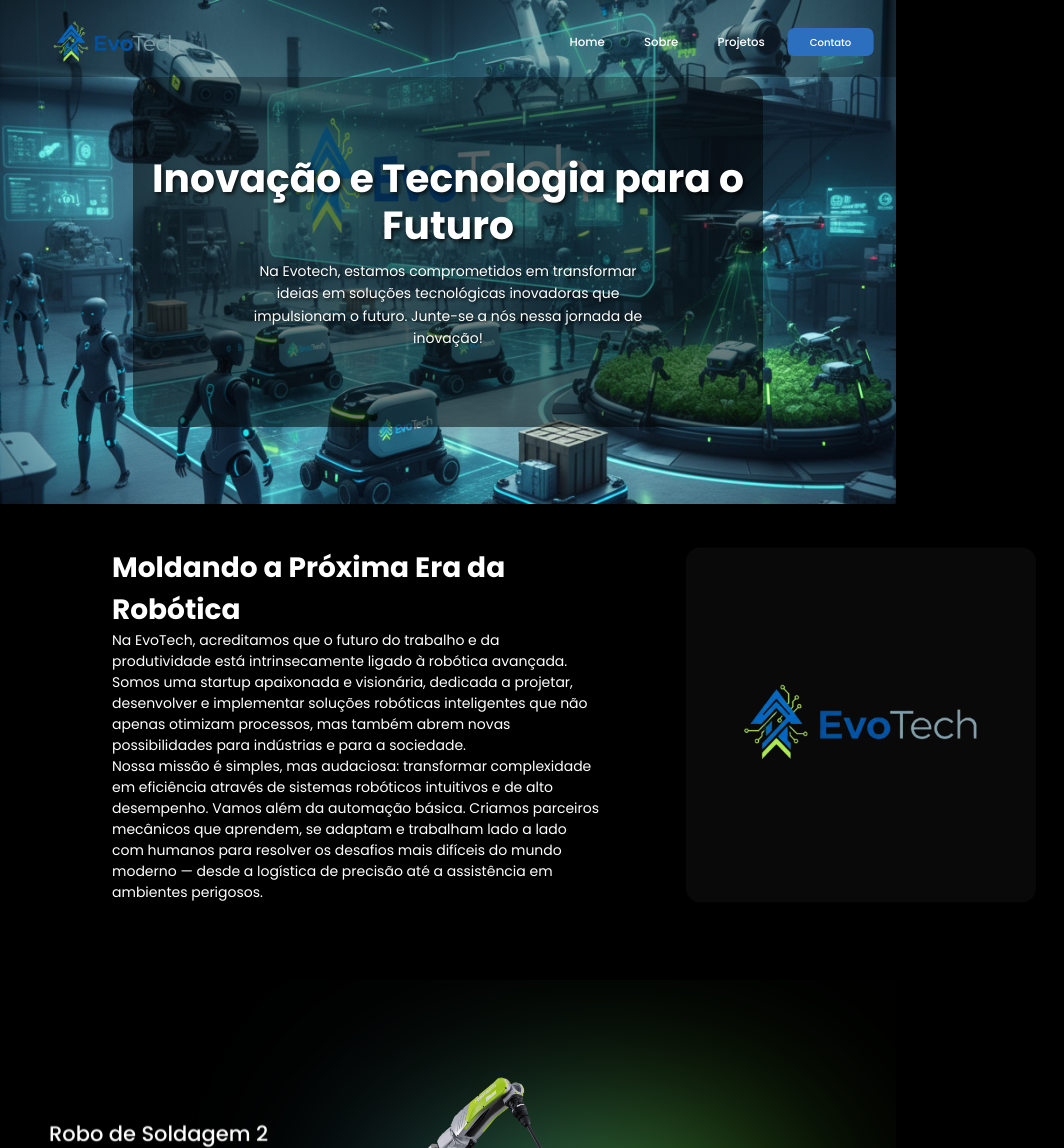
Repository: IsaacDEV10/EvoTech
Page: /
An editor plug-in stored every save of this project. The page is shown before and after the next save, followed by the edit.
The browser window is 1280 px wide. The page is 1480 px wide, then 1520 px, so the pictures cover 1520 px, including what lies to the right of the window. The pictures show the part of the page from y = 0 to 1640 px (the page is 2483 px tall), at 70% of full size.
The project was rebuilt for these pictures with package versions that can differ from the ones it lists, and the page was loaded fresh each time. Also part of the build but not shown: vite.config.js, src/App.css.

Above is the page before, as saved 2025-10-28 09:42:37.

### index.html
<!doctype html>
<html lang="en">
  <head>
    <meta charset="UTF-8" />
    <link rel="icon" type="image/svg+xml" href="/vite.svg" />
    <meta name="viewport" content="width=device-width, initial-scale=1.0" />
    <title>startup</title>
  </head>
  <body>
    <div id="root"></div>
    <script type="module" src="/src/main.jsx"></script>
  </body>
</html>

### src/index.css
@import url('https://fonts.googleapis.com/css2?family=Poppins:ital,wght@0,100;0,200;0,300;0,400;0,500;0,600;0,700;0,800;0,900;1,100;1,200;1,300;1,400;1,500;1,600;1,700;1,800;1,900&display=swap');

* {
  font-family: "poppins", sans-serif;
  margin: 0;
  box-sizing: border-box;
}

body {
  background: black ;

}

### src/App.jsx
import React from 'react';
import './App.css';
import Header from './components/Header/header';
import Hero from './components/Hero/hero';
import About from './components/About/about';
import Missao from './components/Missao/missao';
import Carousel from './components/Carousel/carousel';
import Footer from './components/Footer/footer';




const App = () => {
  return (
    <>
      <Header />
      <Hero />
      <About/>
      <Missao />
      <Carousel />
      <Footer />
    </>
  );
}

export default App;

### src/components/Header/header.jsx
import React from 'react'
import './header.css'
import logo from '../../assets/evotech.png'
import Contact from '../Contact/contact'


const Header = () => {
  return (
    <nav className='nav-wrapper'>
        <div className='nav-content'>
            <img className='logo' src={logo} alt="" />
            <ul>
                <li>
                    <a className='menu-item' href="">Home</a>
                </li>

                <li>
                    <a className='menu-item' href="">Sobre</a>
                </li>

                <li>
                    <a className='menu-item' href="">Projetos</a>
                </li>
                <Contact/>
            </ul>
        </div>
    </nav>
  )
}

export default Header

### src/components/Hero/hero.jsx
import React from "react";
import "./hero.css";
import heroImage from "../../assets/bg-evotech.png";

const Hero = () => {
  return (
    <section className="hero-container" id="home">
        <div className="hero-content">
            <img className="img-bg" src={heroImage} alt="hero" />
        </div>
        <div className="description">
            <h1>
                Inovação e Tecnologia para o Futuro
            </h1>
            <p>
                Na Evotech, estamos comprometidos em transformar ideias em soluções tecnológicas inovadoras que impulsionam o futuro. Junte-se a nós nessa jornada de inovação!
            </p>
        </div>
    </section>
  );
};

export default Hero;

### src/components/About/about.jsx
import React from "react";
import "./about.css";
import Logo from "../../assets/evotech.png"

const About = () => {
    return (
        <section className="about-container" id="home">
            <div className="about-content">
                <div className="about-text-content">
                    <h1>Moldando a Próxima Era da Robótica</h1>
                    <p>Na EvoTech, acreditamos que o futuro do trabalho e da produtividade está intrinsecamente ligado à robótica avançada. Somos uma startup apaixonada e visionária, dedicada a projetar, desenvolver e implementar soluções robóticas inteligentes que não apenas otimizam processos, mas também abrem novas possibilidades para indústrias e para a sociedade. <br /> Nossa missão é simples, mas audaciosa: transformar complexidade em eficiência através de sistemas robóticos intuitivos e de alto desempenho.

Vamos além da automação básica. Criamos parceiros mecânicos que aprendem, se adaptam e trabalham lado a lado com humanos para resolver os desafios mais difíceis do mundo moderno — desde a logística de precisão até a assistência em ambientes perigosos.</p>
                </div>
                <div className="about-image">
                    <img src={Logo} alt="Logo da EvoTech" />
                </div>
            </div>
        </section>
    );
};

export default About;

### src/components/Missao/missao.jsx
import React from "react";
import Carousel from "../Carousel/carousel";



const Missao = () => {
    return (
        <section>
        </section>
    );
};

export default Missao;

### src/components/Carousel/carousel.jsx
import React, { useState, useRef, useEffect } from 'react';
import './carousel.css';
import Robo1 from '../../assets/robo-1.png';
import Robo2 from '../../assets/robo-2.png';
import Robo3 from '../../assets/robo-3.png';
import Robo4 from '../../assets/robo-4.png';
import Robo5 from '../../assets/robo-5.png';
import Robo6 from '../../assets/robo-6.png';

const initialItemsData = [
  {
    id: 1,
    imgSrc: Robo1,
    title: 'Robo de Soldagem 1',
    topic: 'Crobotp',
    des: 'Lorem ipsum dolor sit amet consectetur adipisicing elit. Officia, laborum cumque dignissimos quidem atque et eligendi aperiam voluptates beatae maxime.',
    detailTitle: 'Robo Crobotp',
    detailDes: 'Lorem ipsum dolor sit amet, consectetur adipisicing elit. Dolor, reiciendis suscipit nobis nulla animi, modi explicabo quod corrupti impedit illo, accusantium in eaque nam quia adipisci aut distinctio porro eligendi. Reprehenderit nostrum consequuntur ea! Accusamus architecto dolores modi ducimus facilis quas voluptatibus! Tempora ratione accusantium magnam nulla tenetur autem beatae.',
  },
  {
    id: 2,
    imgSrc: Robo2,
    title: 'Robo de Soldagem 2',
    topic: 'B5 00R',
    des: 'Lorem ipsum dolor sit amet consectetur adipisicing elit. Officia, laborum cumque dignissimos quidem atque et eligendi aperiam voluptates beatae maxime.',
    detailTitle: 'Robo B5 00R',
    detailDes: 'Lorem ipsum dolor sit amet, consectetur adipisicing elit. Dolor, reiciendis suscipit nobis nulla animi, modi explicabo quod corrupti impedit illo, accusantium in eaque nam quia adipisci aut distinctio porro eligendi. Reprehenderit nostrum consequuntur ea! Accusamus architecto dolores modi ducimus facilis quas voluptatibus! Tempora ratione accusantium magnam nulla tenetur autem beatae.',
  },
  { id: 3, imgSrc: Robo3, title: 'Robo de Soldagem 3', topic: 'GSK BRASIL' },
  { id: 4, imgSrc: Robo4, title: 'Robo de Soldagem 4', topic: 'VIBAZ' },
  { id: 5, imgSrc: Robo5, title: 'Robo de Soldagem 5', topic: 'Sumig' },
  { id: 6, imgSrc: Robo6, title: 'Robo de Soldagem 6', topic: 'Texai' },
];

function Carousel() {
  const [items, setItems] = useState(initialItemsData);
  const [carouselClass, setCarouselClass] = useState('');
  const [isClickDisabled, setIsClickDisabled] = useState(false);
  const timeoutRef = useRef(null);

  useEffect(() => {
    return () => {
      if (timeoutRef.current) {
        clearTimeout(timeoutRef.current);
      }
    };
  }, []);

  const showSlider = (type) => {
    if (isClickDisabled) return;
    setIsClickDisabled(true);
    setCarouselClass(type);

    if (type === 'next') {
      setItems((prevItems) => {
        const [first, ...rest] = prevItems;
        return [...rest, first];
      });
    } else {
      setItems((prevItems) => {
        const last = prevItems[prevItems.length - 1];
        const rest = prevItems.slice(0, -1);
        return [last, ...rest];
      });
    }

    if (timeoutRef.current) {
      clearTimeout(timeoutRef.current);
    }

    timeoutRef.current = setTimeout(() => {
      setIsClickDisabled(false);
    }, 2000);
  };

  const handleSeeMore = () => {
    setCarouselClass('showDetail');
  };

  const handleBack = () => {
    setCarouselClass('');
  };

  return (
    <>
      <div className={`carousel ${carouselClass}`}>
        <div className="list">
          {items.map((item) => (
            <div className="item" key={item.id}>

              <img src={item.imgSrc} alt="" />
              <div className="introduce">
                <div className="title">{item.title || 'DESIGN SLIDER'}</div>
                <div className="topic">{item.topic || 'Aerphone'}</div>
                <div className="des">
                  {item.des || 'Lorem ipsum dolor sit amet...'}
                </div>
                <button className="seeMore" onClick={handleSeeMore}>
                  Veja Mais &#8599;
                </button>
              </div>
              <div className="detail">
                <div className="title">{item.detailTitle || 'Aerphone GHTK'}</div>
                <div className="des">
                  {item.detailDes || 'Lorem ipsum dolor sit amet...'}
                </div>
                <div className="specifications">
                  <div><p>Used Time</p><p>6 hours</p></div>
                  <div><p>Charging port</p><p>Type-C</p></div>
                  <div><p>Compatible</p><p>Android</p></div>
                  <div><p>Bluetooth</p><p>5.3</p></div>
                  <div><p>Controlled</p><p>Touch</p></div>
                </div>
                <div className="checkout">
                  <button>ADD TO CART</button>
                  <button>CHECKOUT</button>
                </div>
              </div>
            </div>
          ))}
        </div>
        <div className="arrows">
          <button id="prev" onClick={() => showSlider('prev')} disabled={isClickDisabled}>
            &lt;
          </button>
          <button id="next" onClick={() => showSlider('next')} disabled={isClickDisabled}>
            &gt;
          </button>
          <button id="back" onClick={handleBack}>
            See All&nbsp; &#8599;
          </button>
        </div>
      </div>
    </>
  );
}

export default Carousel;

### src/components/Footer/footer.jsx
import React from 'react'
import './footer.css'
import Logo from '../../assets/evotech.png';

const Footer = () => {
  return (
    <div className='footer'>
        <p>© 2025 EvoTech</p>
        <img src={Logo} alt="logo" />
    </div>
  )
}

export default Footer

### src/components/Header/header.css
.nav-wrapper {
    width: 100%;
    height: 110px;
    background-color: rgba(0, 0, 0, 0.293);
    padding: 5px;
    position: fixed;
    top: 0;
    z-index: 30;
}

.nav-content {
    max-width: 1850px;
    height: 120px;
    display: flex;
    align-items: center;
    justify-content: space-between;

}

.logo {
    width: 270px;
    height: auto;
}

.nav-content ul {
    display: flex;
    align-items: center;
    gap: 0.5rem;
    list-style: none;
}

.nav-content li {
    margin: 0 1.5rem;
}

.menu-item {
    text-decoration: none;
    font-size: 1.05rem;
    font-weight: 500;
    color: #ffff;
    position: relative;
    cursor: pointer;

}

.menu-item::before {
    content: " ";
    width: 2rem;
    height: 0.2rem;
    background: #2D6FBF;
    border-radius: 10px;
    position: absolute;
    bottom: -0.6rem;
    opacity: 0;
    transform: translateX(-1.5rem);
    transition: all 0.3s ease;
}

.menu-item:hover::before {
    width: 100%;
    transform: translateX(0);
    opacity: 1;
}

.contact-btn {
    font-size: 0.9rem;
    font-weight: 500;
    display: flex;
    align-items: center;
    justify-content: center;
    color: #fff;
    background:#2D6FBF;
    padding: 0.6rem 2rem;
    border: none;
    outline: 1.5px solid transparent;
    border-radius: 10px;
    cursor: pointer;
    transition: all 0.3s ease;
}

.contact-btn a {
    text-decoration: none;
    color: #fff;
}

.contact-btn:hover {
    color: black;
    background: #76F014;
    outline: 1.5px solid black;
}

.menu-btn {
    width: 2.5rem;
    height: 2.5rem;
    font-size: 1.5rem;
    display: flex;
    align-items: center;
    justify-content: center;
    color: #fff;
    border: none;
    border-radius: 0.4rem;
    background: linear-gradient(90deg, #6791fb 0%, #1e25ac 100%);
    line-height: 0;
    cursor: pointer;
    transition: all 0.4s ease;
    display: none;
}

.menu-btn:hover {
    color: #6791fb;
    background: #76F014;
    border: 1px solid transparent;
}

@media (max-width: 425px) {
    .logo {
        width: 100px;
        height: auto;
    }
    .nav-content ul {
        display: none;
        width: 100px;
    }
}

@media (max-width: 769px) {
    .menu-btn {
        display: block;
    }

    .nav-content ul {
        display: none;
        width: 100px;
    }
}

@media (max-width: 1325px) {
    .nav-wrapper {
        padding: 0 2rem;
    }
}

### src/components/Contact/contact.jsx
import React from 'react';
import Popup from 'reactjs-popup';
import './contact.css';
import { FaInstagram } from 'react-icons/fa';
import { MdPhone } from 'react-icons/md';
import { FiMail } from 'react-icons/fi';

const Contact = () => (
  <Popup
    trigger={<button className="contact-btn"> Contato </button>}
    modal
    animation="fade"
    overlayClassName="custom-overlay"
    contentClassName="custom-modal-content"
  >
    {close => (
      <div className="popup-container">
        {}
        <button
          onClick={close}
          className="popup-close-button"
        >
          &times;
        </button>

        {}
        <div className="popup-header">
          <h2>Fale Conosco!</h2>
          <p>Escolha o melhor canal de contato:</p>
        </div>


        {}
        <div className="icon-container">

          {}
          <a href="URL_DO_INSTAGRAM" target="_blank" rel="noopener noreferrer">
            {}
            <FaInstagram size={35} color="#E1306C" />
          </a>

          {}
          <a href="tel:+5511987654321">
            <MdPhone size={35} color="#25D366" />
          </a>

          {}
          <a href="mailto:seu.email@exemplo.com">
            <FiMail size={35} color="#DB4437" />
          </a>

        </div>


      </div>
    )}
  </Popup>
);

export default Contact;

### src/components/Hero/hero.css
.hero-container {
    height: auto;
    min-height: 100vh;
    width: 100%;
    position: relative;
    overflow: hidden;
    display: flex;
    align-items: center;
    justify-content: center;

}

.img-bg {
    width: 100%;
    height: 100%;
    object-fit: cover;
    position: absolute;
    top: 0;
    left: 0;
    z-index: 1;
}

.description {
    position: relative;
    z-index: 2;
    display: flex;
    align-items: center;
    justify-content: center;
    flex-direction: column;
    color: #fff;
    padding: 20px;
    text-align: center;
    max-width: 900px;
    height: 500px;
    margin: 0 auto;
    background-color: #00000081;
    border-radius: 30px;
}

.description h1 {
    font-size: 3.5rem; /* Ajuste para um tamanho grande, mas controlado */
    line-height: 1.2;
    margin-bottom: 15px;
    text-shadow: 3px 3px 6px rgba(0, 0, 0, 0.8);
    font-weight: bold;
}

.description p {
    font-size: 1.25rem; /* Ajuste para um tamanho mais moderado */
    line-height: 1.6;
    max-width: 600px; /* Reduzindo a largura máxima do parágrafo */
    text-shadow: 2px 2px 4px rgba(0, 0, 0, 0.7);
}

/* Media Queries para manter a responsividade em telas menores */
@media (max-width: 992px) {
    .description h1 {
        font-size: 3rem;
    }
    .description p {
        font-size: 1.15rem;
    }
}

@media (max-width: 768px) {
    .hero-container {
        min-height: 80vh;
    }
    .description h1 {
        font-size: 2.5rem; /* Tamanho bom para tablets e celulares grandes */
        margin-bottom: 10px;
    }
    .description p {
        font-size: 1rem;
        max-width: 90%;
    }
}

@media (max-width: 480px) {
    .description h1 {
        font-size: 2rem; /* Tamanho para celulares pequenos */
    }
    .description p {
        font-size: 0.95rem;
    }
}

### src/components/About/about.css
.about-container {
    padding: 60px 40px;
    margin-bottom: 100px;
}

.about-content {
    display: flex;
    flex-direction: row;
    align-items: center;
    gap: 120px;
    max-width: 1500px;
    margin: 0 120px;
}

.about-text-content {
    flex: 1;
    color: #fff;
    min-width: 700px;
    font-family: 'Poppins', sans-serif;
}
.about-text-content h1 {
    font-size: 40px;
}

.about-text-content p {
    font-size: 20px
}

.about-image {
    flex: 1;
    width: 800px;
    text-align: center;
    background-color: #ffffff09;
    border-radius: 20px;
}

@media (max-width: 768px) {
    .about-content {
        flex-direction: column;
        text-align: center;
    }

    .about-text-content {
        order: 2;
    }

    .about-image {
        order: 1;
        width: 80%;
        margin-bottom: 20px;
    }
}

### src/components/Footer/footer.css
.footer {
    font-size: 15px;
    text-align: center;
    background: black;
    padding: 2px;
    margin-top: 100px;
    color: #fff;
}

.footer img {
    width: 150px;
}

### src/components/Contact/contact.css
.custom-overlay {
  background-color: #282C34;
  transition: opacity 0.3s ease-in-out;
}

.contact-btn {
    font-size: 0.9rem;
    font-weight: 500;
    display: flex;
    align-items: center;
    justify-content: center;
    color: #fff;
    background:#2D6FBF;
    padding: 0.6rem 2rem;
    border: none;
    outline: 1.5px solid transparent;
    border-radius: 10px;
    cursor: pointer;
    transition: all 0.3s ease;
}

.contact-btn a {
    text-decoration: none;
    color: #fff;
}

.contact-btn:hover {
    color: black;
    background: #76F014;
    outline: 1.5px solid black;
}

.custom-modal-content {
    opacity: 0;
    animation: fadeIn 0.3s ease-in-out;
  z-index: 1000;
}

.popup-container{
  background-color: #282C34;
  padding: 50px !important;
  border-radius: 15px !important;
  border: none !important;
  box-shadow: 0 4px 12px rgba(0, 0, 0, 0.2) !important;
  animation: fadeIn 0.3s ease-in-out;
  z-index: 1000;
  width: 400px;
}

.popup-header {
  text-align: center;
  margin-bottom: 20px;
  color: #76F014;
}

.icon-container {
  display: flex;
  justify-content: space-around;
  margin-top: 30px;
  margin-bottom: 30px;
  padding: 20px;
}

.popup-close-button {
  position: absolute;
  top: 10px;
  right: 10px;
  border: none;
  background: none;
  font-size: 1.5rem;
  cursor: pointer;
  color: #ffffff;
}

.popup-footer-button {
  margin-top: 20px;
  padding: 10px 20px;
  cursor: pointer;
  border: 1px solid #ccc;
  border-radius: 4px;
  background-color: #f0f0f0;
  color: #333;
  width: 100%;
}

.custom-modal-content.popup-content-enter-active {
    opacity: 1 !important;
    transform: scale(1) !important;
}

.custom-overlay.popup-overlay-enter-active {
    opacity: 1 !important;
}

.custom-modal-content.popup-content-exit {
    opacity: 0 !important;
    transform: scale(0.95) !important;
}

.custom-overlay.popup-overlay-exit {
    opacity: 0 !important;
}

Loaded but not shown: src/main.jsx (common file); src/components/Carousel/carousel.css (446 lines, source omitted)

After the next save:
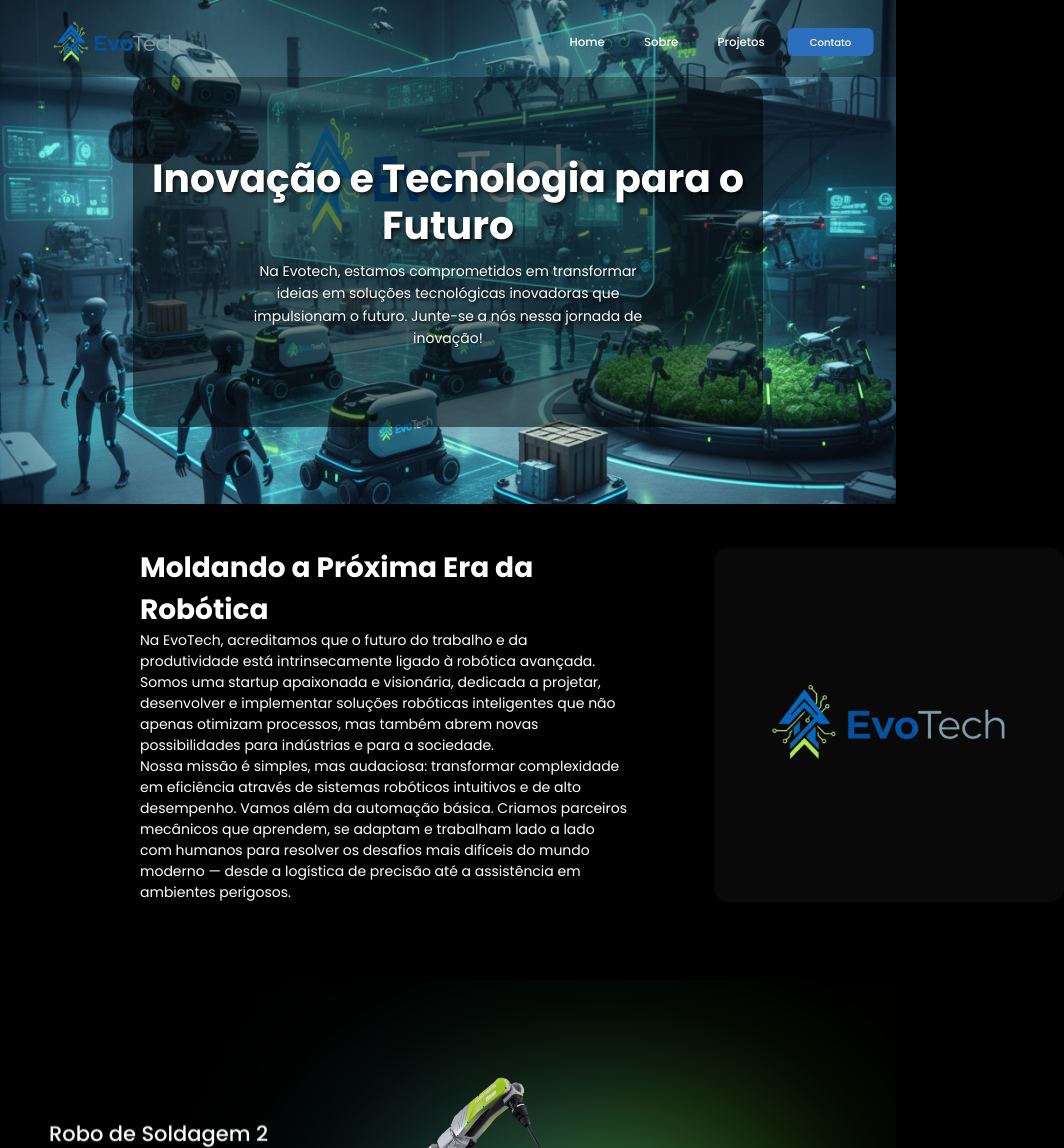
Saved 2 min 6 s later.
--- a/src/components/About/about.css
+++ b/src/components/About/about.css
@@ -9,7 +9,7 @@
     align-items: center;
     gap: 120px;
     max-width: 1500px;
-    margin: 0 120px;
+    margin: 0 160px;
 }
 
 .about-text-content {
